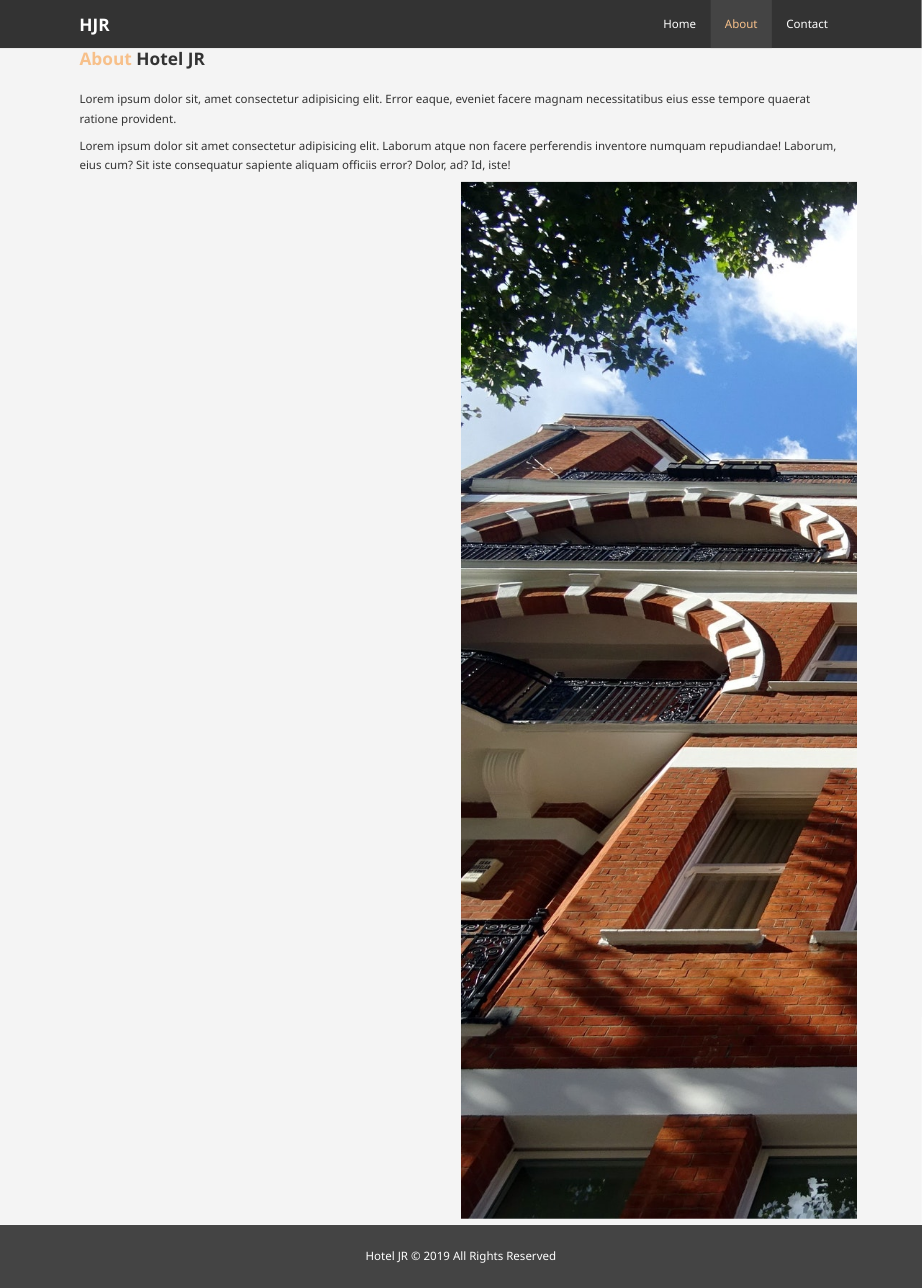
Repository: dimlutine/Hotel-Project
Page: about.html
The author's editor kept a copy of each file at every save. The page is drawn from the files as they stood at one save, then again after the next save.
The browser window is 1280 px wide. The pictures show the whole page, at 72% of full size.

Above is the page before, as saved 2019-07-05 22:46:57.

### about.html
<!DOCTYPE html>
<html lang="en">

<head>
    <meta charset="UTF-8">
    <meta name="viewport" content="width=device-width, initial-scale=1.0">
    <meta http-equiv="X-UA-Compatible" content="ie=edge">
    <meta name="description" content="Welcome to the neatest hotel in Durham, North Carolina!">
    <meta name="keywords" content="hotel,durham hotel, north carolina hotel, rdu hotel">
    <link rel="stylesheet" href="css/style.css">
    <title>Hotel JR | About</title>
</head>

<body>
    <header>
        <nav id="navbar">
            <div class="container">
                <h1 class="logo"><a href="index.html">HJR</a></h1>
                <ul>
                    <li><a href="index.html">Home</a></li>
                    <li><a class="current" href="about.html">About</a></li>
                    <li><a href="contact.html">Contact</a></li>
                </ul>
            </div>

        </nav>

    </header>
    <section id="about-info" class="bg-light">
        <div class="container">
            <div class="info-left">
                <h1><span class="text-primary">About</span> Hotel JR</h1>
                <p>Lorem ipsum dolor sit, amet consectetur adipisicing elit. Error eaque, eveniet facere magnam necessitatibus eius esse tempore quaerat ratione provident.</p>
                <p>Lorem ipsum dolor sit amet consectetur adipisicing elit. Laborum atque non facere perferendis inventore numquam repudiandae! Laborum, eius cum? Sit iste consequatur sapiente aliquam officiis error? Dolor, ad? Id, iste!</p>
            </div>
            <div class="info-right">
                <img src="./img/photo-2.jpg" alt="hotel">
            </div>
        </div>
    </section>

    <footer id="main-footer">
        <p>Hotel JR &copy; 2019 All Rights Reserved</p>
    </footer>
</body>

</html>

### css/style.css
* {
    padding: 0;
    margin: 0;
    box-sizing: border-box;
}

html,
body {
    font-family: 'Segoe UI', 'Segoe UI', Tahoma, Geneva, Verdana, sans-serif;
    line-height: 1.7em;
}

a {
    color: #333;
    text-decoration: none;
}

h1,
h2,
h3 {
    padding-bottom: 20px;
}

p {
    margin: 10px 0;
}


/* Utilities */

.container {
    margin: auto;
    max-width: 1100px;
    overflow: auto;
    padding: 0 20px;
}

.text-primary {
    color: #f7c08a;
}

.lead {
    font-size: 20px;
}

.btn {
    display: inline-block;
    font-size: 18px;
    color: #fff;
    background: #333;
    padding: 13px 20px;
    border: none;
    cursor: pointer;
}

.btn:hover {
    background: #f7c08a;
    color: #333;
}

.btn-light {
    background: #f4f4f4;
    color: #333;
}

.bg-dark {
    background: #333;
    color: #fff;
}

.bg-light {
    background: #f4f4f4;
    color: #333;
}

.bg-primary {
    background: #f7c08a;
    color: #333;
}

.clr {
    clear: both;
}

#navbar {
    background: #333;
    color: #fff;
    overflow: auto;
}

#navbar a {
    color: #fff;
}

#navbar h1 {
    float: left;
    padding-top: 20px;
}

#navbar ul {
    float: right;
    list-style: none;
}

#navbar ul li {
    float: left;
}

#navbar ul li a {
    display: block;
    padding: 20px;
    text-align: center;
}

#navbar ul li a:hover,
#navbar ul li a.current {
    background: #444;
    color: #f7c08a;
}


/* Showcase */

#showcase {
    background: url('../img/showcase.jpg') no-repeat center center/cover;
    height: 600px;
}

#showcase .showcase-content {
    color: #fff;
    text-align: center;
    padding-top: 170px;
}

#showcase .showcase-content h1 {
    font-size: 60px;
    line-height: 1.2em;
}

#showcase .showcase-content p {
    padding-bottom: 20px;
    line-height: 1.7em;
}


/* Home Info */

#home-info {
    height: 400px;
}

#home-info .info-img {
    float: left;
    width: 50%;
    background: url('../img/photo-1.jpg') no-repeat;
    min-height: 100%;
}

#home-info .info-content {
    float: right;
    width: 50%;
    height: 100%;
    text-align: center;
    padding: 50px 30px;
    overflow: hidden;
}

#home-info .info-content p {
    padding-bottom: 30px;
}


/*Features*/

.box {
    float: left;
    width: 33.3%;
    padding: 50px;
    text-align: center;
}

.box i {
    margin-bottom: 10px;
}


/* About Info*/

#about-info .info-right {
    float: right;
    width: 50%;
    min-height: 100%;
}


/* Footer */

#main-footer {
    text-align: center;
    background: #444;
    color: #fff;
    padding: 20px;
}

After the next save:
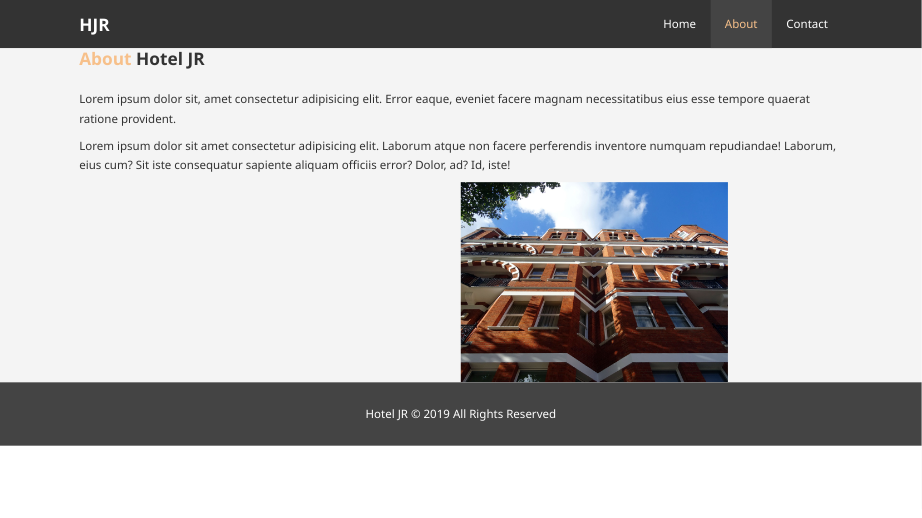
Saved 39 s later.
--- a/css/style.css
+++ b/css/style.css
@@ -192,6 +192,11 @@ p {
     min-height: 100%;
 }
 
+#about-info .info-right img {
+    width: 70%;
+    display: block;
+}
+
 
 /* Footer */
 
